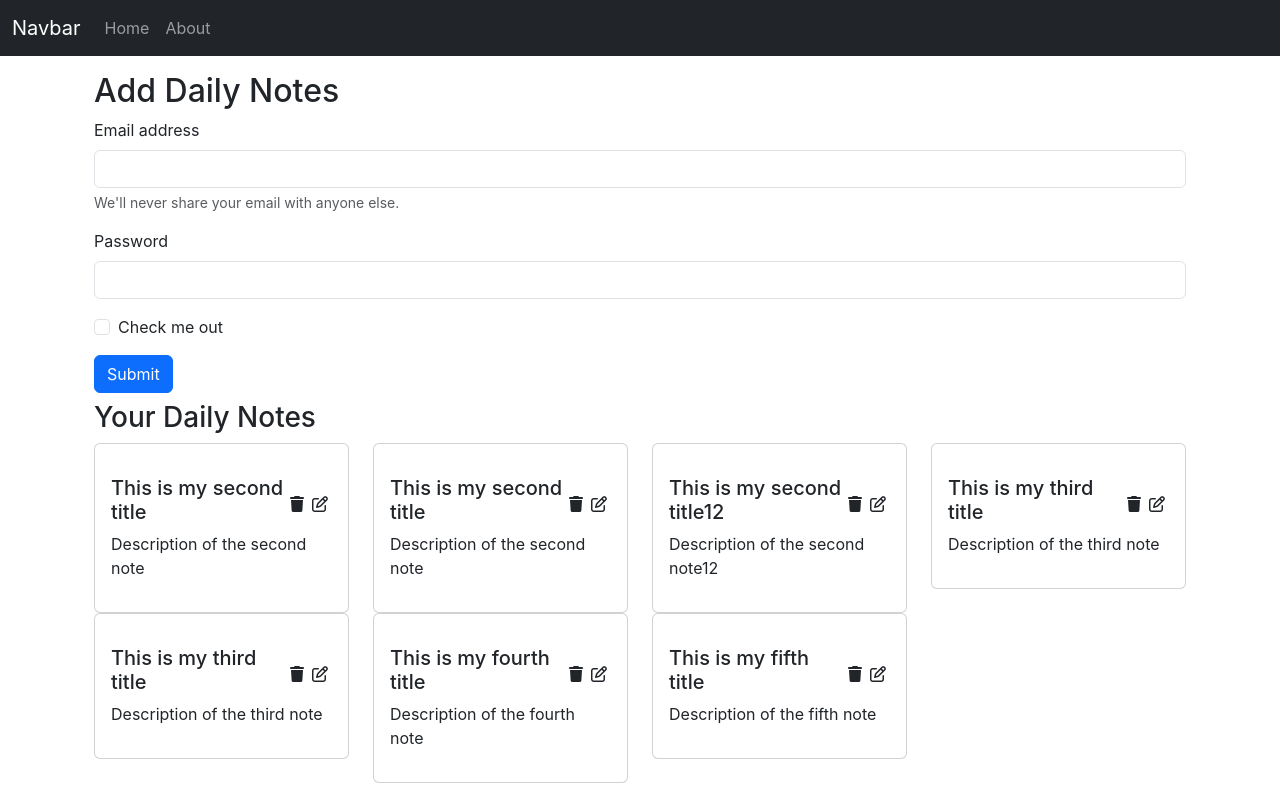
Repository: alphacode77/DailyNotes-react
Page: /
These files come from the project's save history. The page is drawn as it stood at one moment and after the next save; the edit follows.
The browser window is 1280 px wide. The pictures show the whole page.
Some web libraries are served in a nearby version. The project was rebuilt for these pictures with package versions that can differ from the ones it lists, and the page was loaded fresh each time. Also part of the build but not shown: src/App.css, src/components/About.js.

Above is the page before, as saved 2023-02-25 22:57:24.

After the next save:
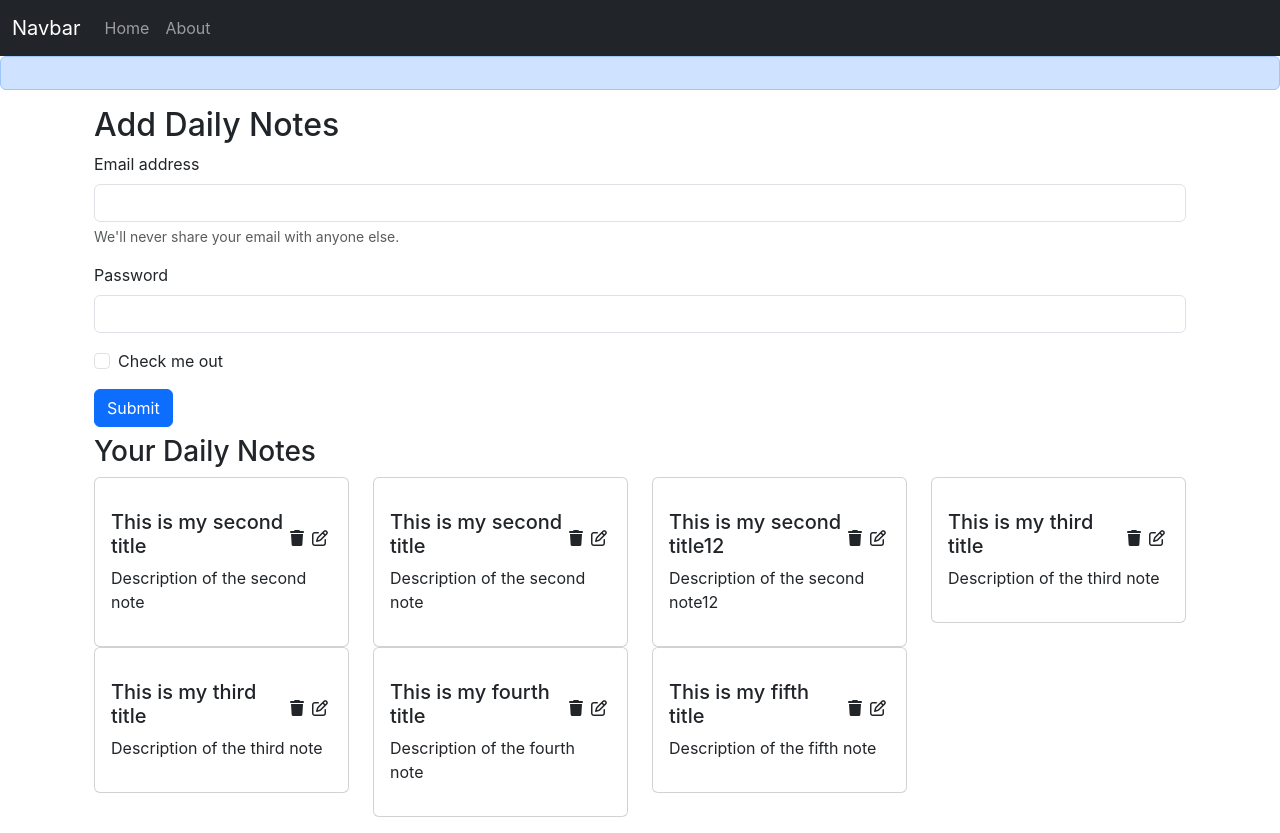
Saved 13 s later.
--- a/src/App.js
+++ b/src/App.js
@@ -8,6 +8,7 @@ import {
   Route,
   Routes
 } from "react-router-dom";
+import Alert from './components/Alert';
 
 function App() {
   return (
@@ -15,6 +16,7 @@ function App() {
     <NoteState>
     <Router>
       <Navbar/>
+      <Alert/>
     <div className='container'>
     <Routes>
       <Route exact path="/" element={<Home/>} />
